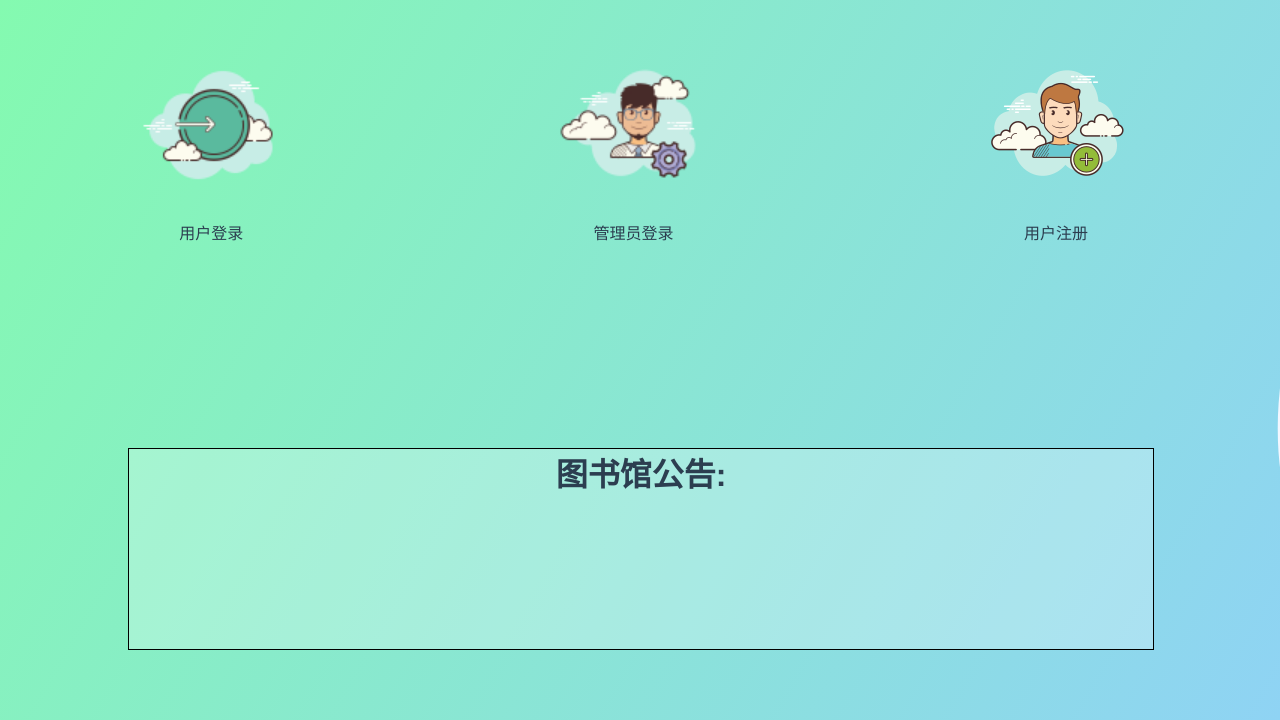
Repository: Akron-xz/helloVue
Page: / (app in vue-library/)
These files come from the project's save history. The page is drawn as it stood at one moment and after a run of saves; the edit follows.
The browser window is 1280 px wide. The pictures show the whole page.
The page's requests for data from a server got no answer. The project was rebuilt for these pictures with package versions that can differ from the ones it lists, and the page was loaded fresh each time. No one was signed in, and anything a server would have sent is missing.

Above is the page before, as saved 2020-11-24 09:11:13.

### vue-library/src/main.js
import Vue from 'vue'
import App from './App.vue'
import ElementUI from 'element-ui';
import 'element-ui/lib/theme-chalk/index.css';
import axios from "axios"
import router from './router'
import Router from 'vue-router'

const routerPush = Router.prototype.push
Router.prototype.push = function push(location) {
    return routerPush.call(this, location).catch(error => error)
}

Vue.config.productionTip = false
Vue.use(ElementUI);
Vue.prototype.$axios = axios;


new Vue({
    router,
    render: h => h(App)
}).$mount('#app')

### vue-library/src/router/index.js
import Vue from 'vue'
import VueRouter from 'vue-router'
import Home from '../views/Home.vue'


Vue.use(VueRouter)

const routes = [{
        path: '/',
        name: 'Home',
        component: Home
    },
    {
        path: '/about',
        name: 'About',
        // route level code-splitting
        // this generates a separate chunk (about.[hash].js) for this route
        // which is lazy-loaded when the route is visited.
        component: () =>
            import ( /* webpackChunkName: "about" */ '../views/About.vue')
    },
    {
        path: '/admin',
        name: 'Admin',
        // route level code-splitting
        // this generates a separate chunk (about.[hash].js) for this route
        // which is lazy-loaded when the route is visited.
        component: () =>
            import ( /* webpackChunkName: "about" */ '../views/Administrator.vue')
    },
    {
        path: "/userLogin",
        name: "UserLogin",
        component: () =>
            import ('../views/UserLogin.vue')
    },
    {
        path: "/user",
        name: "User",
        component: () =>
            import ( /* webpackChunkName: "about" */ '../views/User.vue')
    },
    {
        path: "/signup",
        name: "SignUp",
        component: () =>
            import ('../views/SignUp.vue')
    },
    {
        path: "/adminmain",
        name: "AdminMain",
        component: () =>
            import ('../views/AdminMain.vue')
    },
    {

        path: "/MyInformation",
        name: "MyInformation",
        component: () =>
            import ('../views/MyInformation.vue')
    },
    {
        path: "/library",
        name: "Library",
        component: () =>
            import ( /* webpackChunkName: "about" */ '../views/Library.vue')

    },
    {
        path: "/modifymsg",
        name: "ModifyMsg",
        component: () =>
            import ('../views/ModifyMsg.vue')
    },
    {
        path: "/borrowhistory",
        name: "BorrowHistory",
        component: () =>
            import ('../views/BorrowHistory.vue')
    },
    {
        path: "/newissue",
        name: "NewIssue",
        component: () =>
            import ('../views/NewIssue.vue')
    },
    {
        path: "/booksearch",
        name: "BookSearch",
        component: () =>
            import ('../views/BookSearch.vue')
    },
    {
        path: "/MyBookshelves",
        name: "MyBookshelves",
        component: () =>
            import ('../views/MyBookshelves.vue')
    },
    {
        path: "/modifyAnnounce",
        name: "ModifyAnnounce",
        component: () =>
            import ('../views/ModifyAnnounce.vue')
    },
    {
        path: "/statistics",
        name: "Statistics",
        component: () =>
            import ('../views/Statistics.vue')
    },


]

const router = new VueRouter({
    routes
})

export default router

### vue-library/src/views/Home.vue
<template>
  <div class="home-container">
    <div class="login box">
      <img src="/img/home/login.png" alt="" class="home-img" @click="toLogin" />
      <p class="logo-name" @click="toLogin">用户登录</p>
    </div>

    <div class="admin box">
      <img src="/img/home/admin.png" alt="" class="home-img" @click="toAdmin" />
      <p class="logo-name" @click="toAdmin">管理员登录</p>
    </div>

    <div class="signup box">
      <img
        src="/img/home/signup.png"
        alt=""
        class="home-img"
        @click="toSignUp"
      />
      <p class="logo-name" @click="toSignUp">用户注册</p>
    </div>

    <div class="announce-box">
      <h1>图书馆公告:</h1>
      <p>{{ announceContent }}</p>
    </div>
    <div class="img">
      <img src="/img/anoncementImg.svg" alt="" class="anoncementImg">
    </div>
  </div>
</template>>


<script>
import axios from "axios";
export default {
  data() {
    return {
      announceTime: "",
      announceContent: "",
      permission: false,
    };
  },
  methods: {
    getAnnounce() {
      axios({
        method: "get",
        url: "http://localhost:8081/announce/list",
      })
        .then((res) => {
          let announceContent = res.data.announceContent;
          this.announceContent = announceContent;
          console.log(announceContent);
        })
        .catch(function (error) {
          //请求失败
          console.log("error...", error);
        });
    },
    // 登录
    toLogin() {
      this.permission = true;
      this.$router.push({ path: "/UserLogin" });
    },
    // 管理员登录
    toAdmin() {
      this.permission = true;
      this.$router.push({ path: "/admin" });
    },
    // 注册账号
    toSignUp() {
      this.permission = true;
      this.$router.push({ path: "/signup" });
    },
  },
  created() {
    this.getAnnounce();
  },

  // 只有点击上面 用户登录 或 管理员登录 或 注册 才能跳转 (导航守卫)
  // beforeRouteLeave (to, from, next) {
  //   if (this.permission) {
  //     next();
  //   }else {
  //     next(false);
  //   }
  // }
};
</script>

<style  scoped>
.home-container {
  position: fixed;
  left: 0;
  top: 0;
  width: 100%;
  height: 100%;
  background-repeat: no-repeat;
  background-size: 100%;
  background-image: linear-gradient(120deg, #84fab0 0%, #8fd3f4 100%);
  text-align: center;
}

.home-img {

  width: 150px;
  height: 150px;
  margin-top: 50px;
  border-radius: 80px;
  cursor: pointer;
  transition: width 1s, height 1s, transform 1s;
}

.home-img:hover {
  width: 180px;
  height: 180px;
}

.logo-name:hover {
  cursor: pointer;
  color: blue;
}

.box {
  list-style-type: none;
  float: left;
  width: 33%;
}

.announce-box {
  position: absolute;
  bottom: 70px;
  left: 10%;
  height: 200px;
  width: 80%;
  background-color: #ffffff40;
  border: 1px solid black;
}

.announce-box h1 {
  margin-top: 0;
}

.img{
  margin-left: 100px;
  height: 100px;
  width: 1000px;
}
.anoncementImg{
  position: absolute;
  bottom: 70px;
  height: 580px;
  width: 1000px;
}



</style>>

Loaded but not shown: vue-library/public/index.html (common file); vue-library/src/App.vue (common file)

After the next 2 saves:
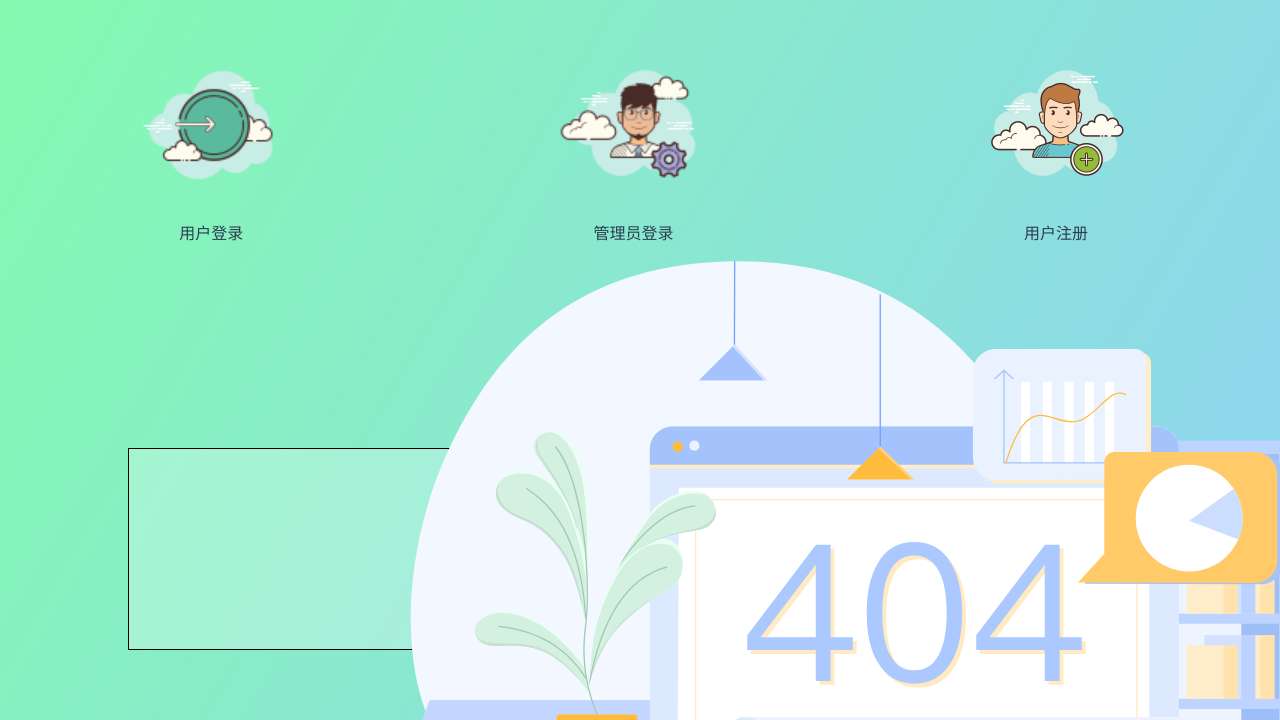
The 2 saves are shown as one change because they came seconds apart.
The last was saved 7 s later.
--- a/vue-library/src/views/Home.vue
+++ b/vue-library/src/views/Home.vue
@@ -147,8 +147,8 @@
   width: 1000px;
 }
 .anoncementImg{
-  position: absolute;
-  bottom: 70px;
+  position: relative;
+  margin-left: 300px;
   height: 580px;
   width: 1000px;
 }

After the 3 saves that followed:
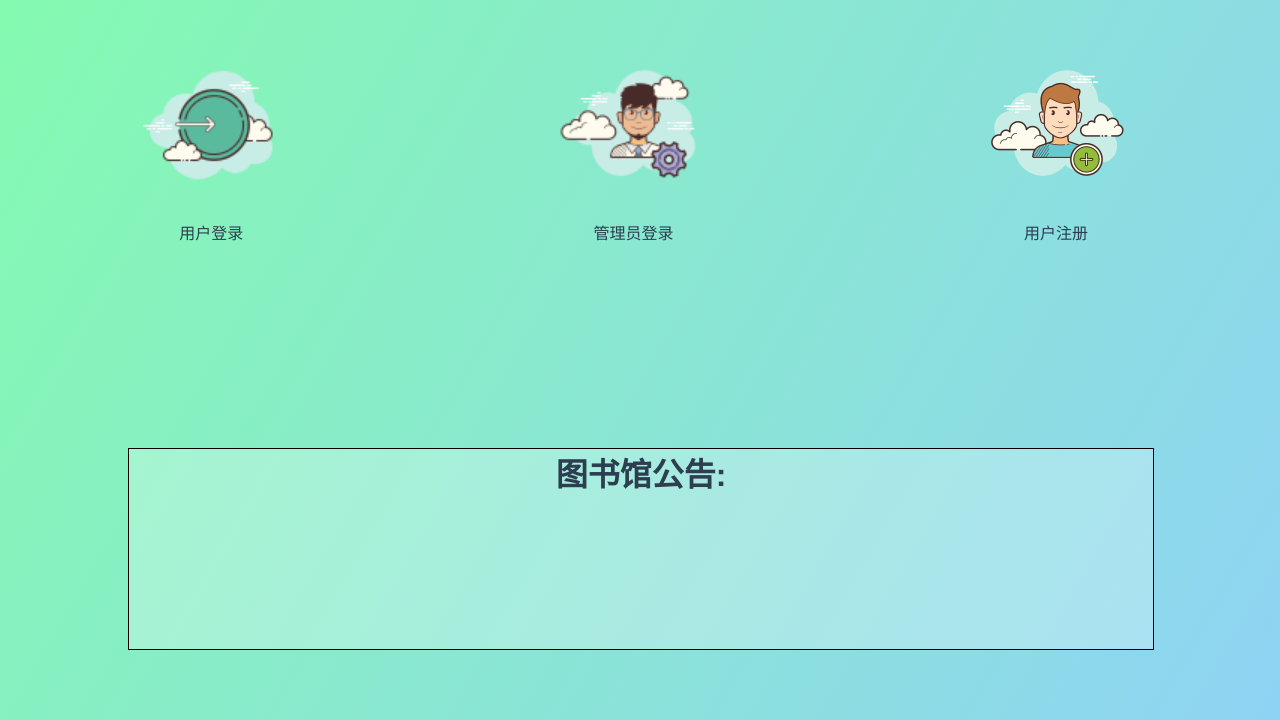
The 3 saves are shown as one change because 1 left the picture as it was and some came seconds apart.
The last was saved 27 s later.
--- a/vue-library/src/views/Home.vue
+++ b/vue-library/src/views/Home.vue
@@ -147,7 +147,7 @@
   width: 1000px;
 }
 .anoncementImg{
-  position: relative;
+  position: absolute;
   margin-left: 300px;
   height: 580px;
   width: 1000px;
